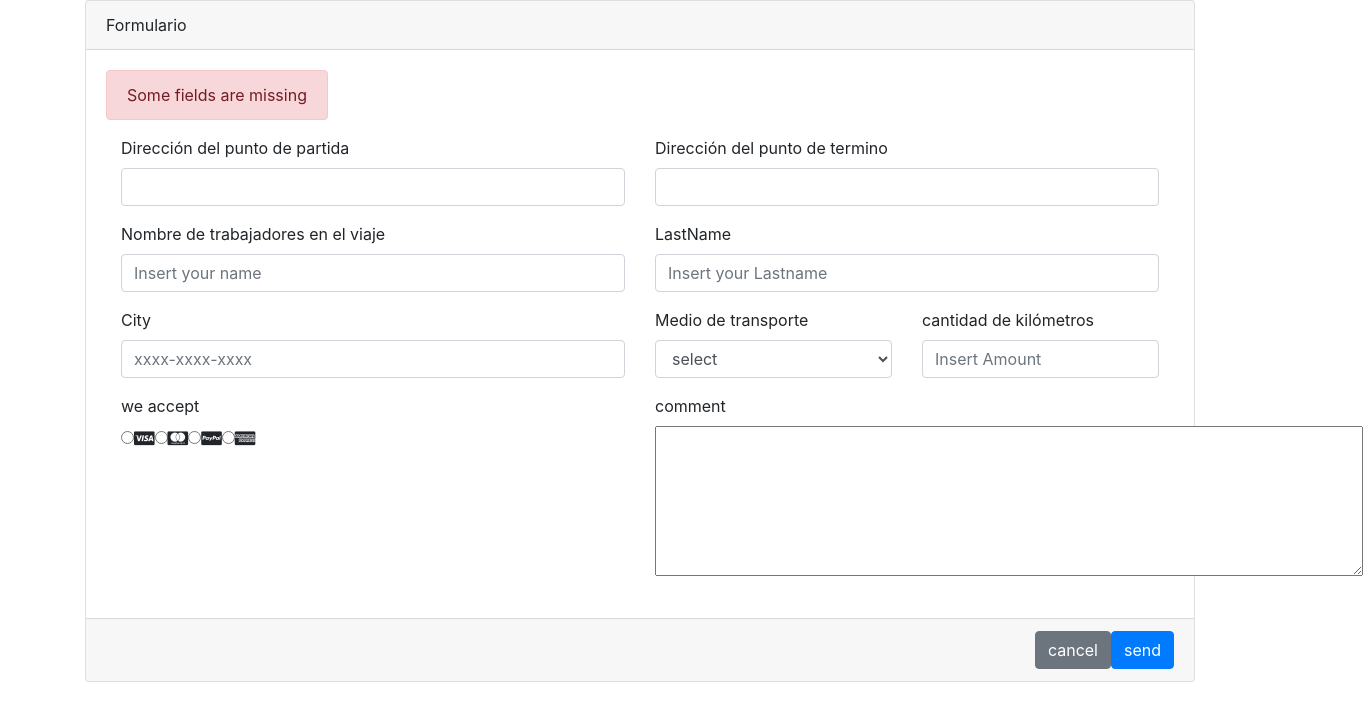
Repository: Jassan851031/foreachTask
Page: /
These files come from the project's save history. The page is drawn as it stood at one moment and after the next save; the edit follows.
The browser window is 1280 px wide. The page is 1363 px wide, so the pictures cover 1363 px, including what lies to the right of the window. The pictures show the whole page.
The project was rebuilt for these pictures with package versions that can differ from the ones it lists, and the page was loaded fresh each time. Also part of the build but not shown: src/App.css.

Above is the page before, as saved 2020-03-23 13:36:50.

### src/index.js
import React from 'react';
import ReactDOM from 'react-dom';
import 'bootstrap/dist/css/bootstrap.min.css';
import 'font-awesome/css/font-awesome.min.css';
import './index.css';
import App from './App';
import * as serviceWorker from './serviceWorker';


 // Add js files
 import 'jquery';
 import 'popper.js';
 import 'bootstrap';

ReactDOM.render(
  <React.StrictMode>
    <App />
  </React.StrictMode>,
  document.getElementById('root')
);

// If you want your app to work offline and load faster, you can change
// unregister() to register() below. Note this comes with some pitfalls.
// Learn more about service workers: https://bit.ly/CRA-PWA
serviceWorker.unregister();

### src/App.js
import React from 'react';
import './App.css';

function App() {
  return (
    <div className="container">
      <div className="row">
        <div className="col-md-12">
          <form>
            <div className="card">
              <div className="card-header">
                Formulario
              </div>
              <div className="card-body">
                <div className="container">
                  <div className="row">
                    <div id="col-md-12">
                      <div className="alert alert-danger">
                        Some fields are missing
                      </div>
                    </div>
                  </div>
                  <div className="row">
                    <div className="col-md-6">
                      <div className="form-g roup">
                        <label className="form-label">Dirección del punto de partida</label>
                        <input type="text" id="no_card" className="form-control" />
                      </div>
                    </div>
                    <div className="col-md-6">
                      <div className="form-group">
                        <label className="form-label">Dirección del punto de termino</label>
                        <input type="text" id="key" className="form-control" />
                      </div>
                    </div>
                  </div>
                  <div className="row">
                    <div className="col-md-6">
                      <div className="form-group">
                        <label className="form-label">Nombre de trabajadores en el viaje</label>
                        <input type="text" id="nombre" className="form-control" placeholder="Insert your name" />
                      </div>
                    </div>
                    <div className="col-md-6">
                      <div className="form-group">
                        <label className="form-label">LastName</label>
                        <input type="text" id="apellidos" className="form-control" placeholder="Insert your Lastname" />
                      </div>
                    </div>
                  </div>
                  <div className="row">
                    <div className="col-md-6">
                      <div className="form-group">
                        <label className="form-label">City</label>
                        <input type="text" id="ciudad" className="form-control" placeholder="xxxx-xxxx-xxxx" />
                      </div>
                    </div>
                    <div className="col-md-3">
                      <div className="form-group">
                        <label className="form-label">Medio de transporte</label>
                        <select id="estado" className="form-control">
                          <option value="">select</option>
                          <option value="1"> option 1</option>
                          <option value="1"> option 2</option>
                          <option value="1"> option 3</option>
                          <option value="1"> option 4</option>
                        </select>
                      </div>
                    </div>
                    <div className="col-md-3">
                      <div className="form-group">
                        <label className="form-label">cantidad de kilómetros</label>
                        <input type="text" id="postal" className="form-control" placeholder="Insert Amount" />
                      </div>
                    </div>
                  </div>
                  <div className="row">
                    <div className="col-md-6">
                      <div className="form-group">
                        <label className="form-label">we accept</label>
                        <br />
                        <div>
                          <input type="radio" name="med_pago" value="visa" />
                          <i className="fa fa-cc-visa"></i>
                          <input type="radio" name="med_pago" value="mastercard" />
                          <i className="fa fa-cc-mastercard"></i>
                          <input type="radio" name="med_pago" value="paypal" />
                          <i className="fa fa-cc-paypal"></i>
                          <input type="radio" name="med_pago" value="amex" />
                          <i className="fa fa-cc-amex"></i>
                        </div>
                      </div>
                    </div>
                    <div className="col-md-6">
                      <div className="form-group">
                        <label className="form-label">comment</label>
                        <br /><textarea name="insert some comment" id="" cols="67" rows="6"></textarea>
                      </div>
                    </div>
                  </div>
                </div>
              </div>
              <div className="card-footer text-right">
                <button className="btn btn-secondary">cancel</button>
                <button className="btn btn-primary">send</button>
              </div>
            </div>
          </form>
        </div>
      </div>
    </div>
  );
}

export default App;

Loaded but not shown: public/index.html (common file); src/index.css (common file); src/serviceWorker.js (common file)

After the next save:
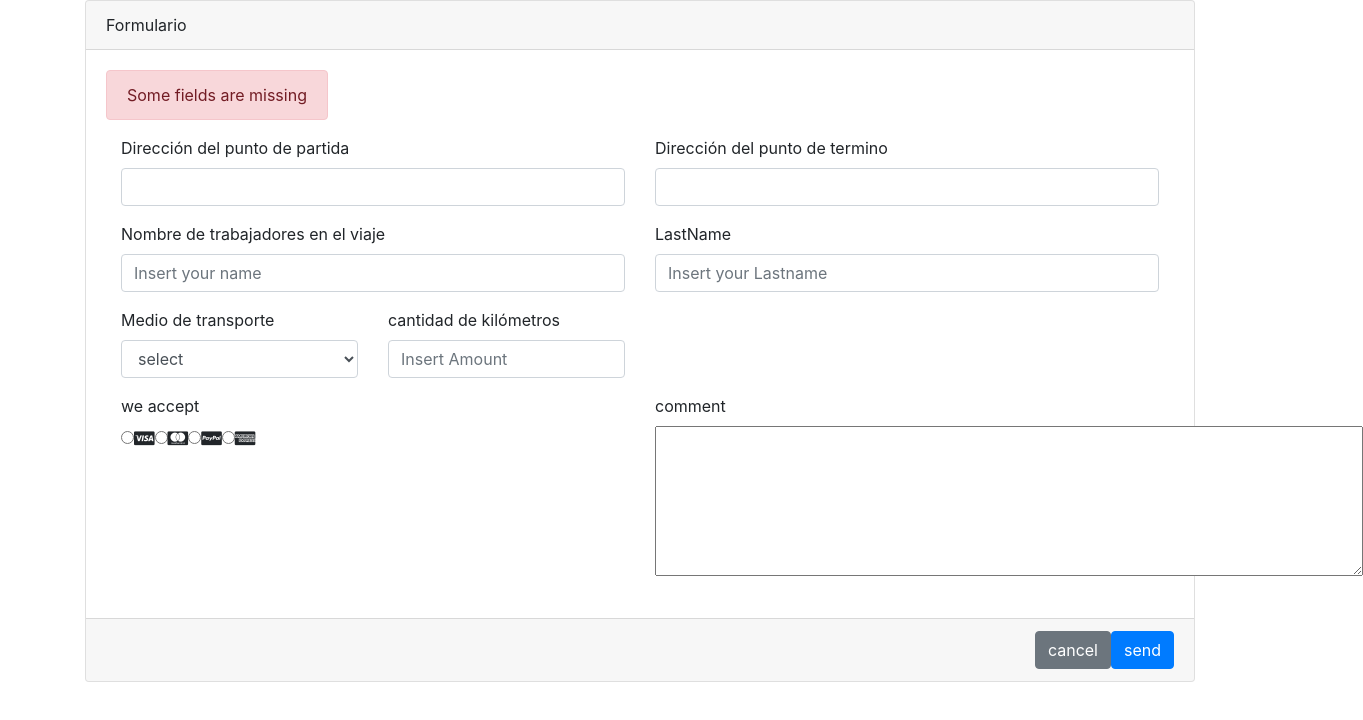
Saved 41 s later.
--- a/src/App.js
+++ b/src/App.js
@@ -49,12 +49,6 @@ function App() {
                     </div>
                   </div>
                   <div className="row">
-                    <div className="col-md-6">
-                      <div className="form-group">
-                        <label className="form-label">City</label>
-                        <input type="text" id="ciudad" className="form-control" placeholder="xxxx-xxxx-xxxx" />
-                      </div>
-                    </div>
                     <div className="col-md-3">
                       <div className="form-group">
                         <label className="form-label">Medio de transporte</label>
